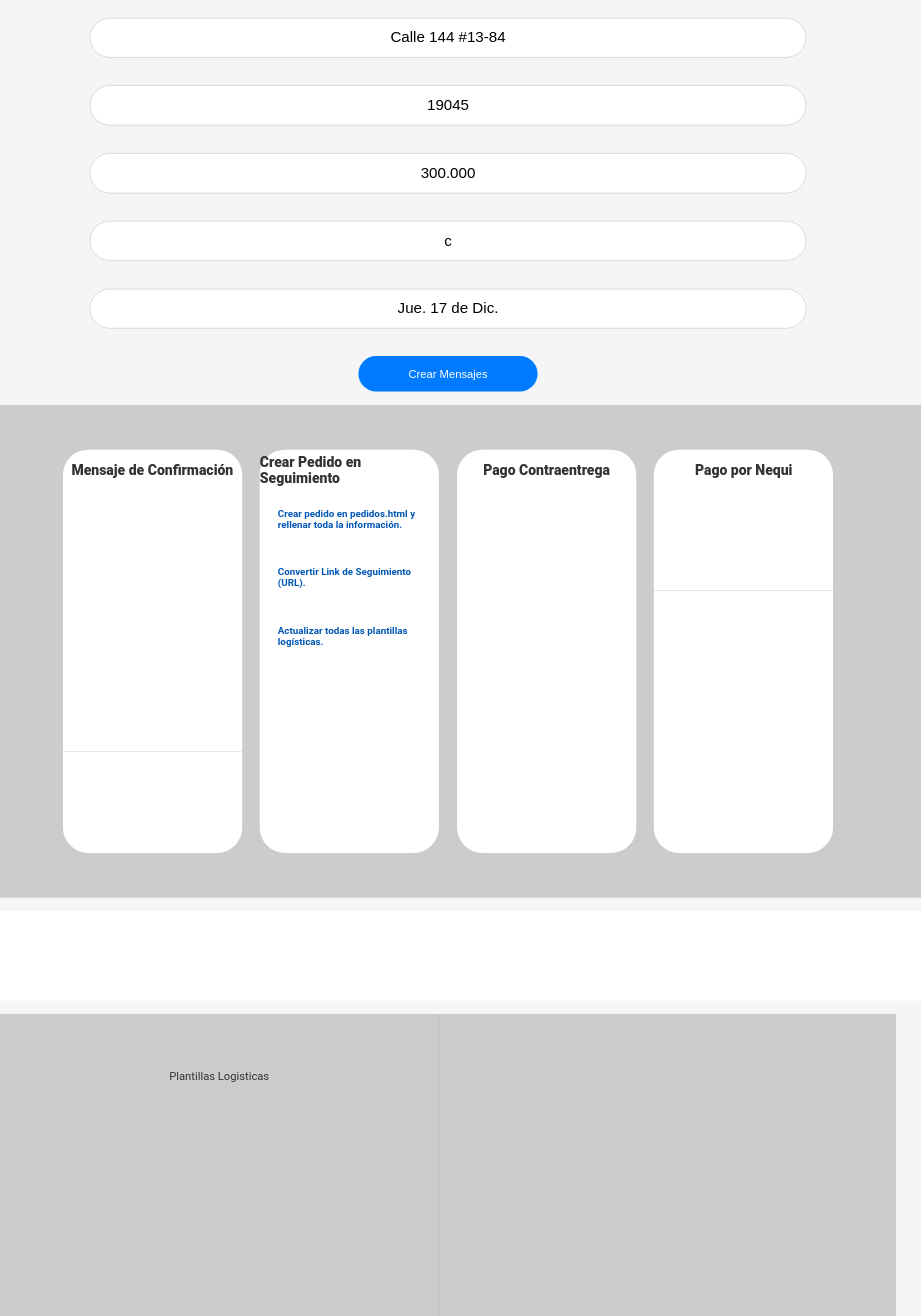
Repository: aCoupon0/intranet
Page: 1/venta-1.html
The author's editor kept a copy of each file at every save. The page is drawn from the files as they stood at one save, then again after the next save.
The browser window is 1280 px wide. The page is 1316 px wide, so the pictures cover 1316 px, including what lies to the right of the window. The pictures show the part of the page from y = 789 to 2669 px (the page is 2669 px tall), at 70% of full size.

Above is the page before, as saved 2024-12-09 15:51:10.

### 1/venta-1.html
<!DOCTYPE html>
<html lang="es">

<head>
    <meta charset="UTF-8">
    <meta name="viewport" content="width=device-width, initial-scale=1.0">
    <title>Intranet DermaBox</title>
    <link rel="stylesheet" href="../css/venta.css">
</head>

<body>
    <h1>Formulario de Pedido</h1>

    <!-- Inputs para los productos -->
    <input type="text" id="input-limpiador" class="input-texto" placeholder="Limpiador" value="Limpiador Hidratante de CeraVe">
    <input type="text" id="input-hidratante" class="input-texto" placeholder="Hidratante" value="Tónico Centella Asiatica">
    <input type="text" id="input-bloqueador" class="input-texto" placeholder="Bloqueador" value="ISDIN Fusion Water Magic SPF 50">
    <input type="text" id="input-potenciador" class="input-texto" placeholder="Potenciador" value="Sérum Hialurónico 2% + B5 The Ordinary">

    <!-- Inputs para los datos del cliente -->
    <input type="text" id="input-nombre" class="input-texto" placeholder="Nombre" value="Gabriel Paris">
    <input type="text" id="input-celular" class="input-texto" placeholder="Celular" value="3104738570">
    <input type="text" id="input-ciudad" class="input-texto" placeholder="Ciudad" value="Bogota">
    <input type="text" id="input-direccion" class="input-texto" placeholder="Dirección" value="Calle 144 #13-84">

    <!-- Inputs para código, cobro y método -->
    <input type="text" id="input-codigo" class="input-texto" placeholder="Código" value="19045">
    <input type="text" id="input-cobro" class="input-texto" placeholder="Cobro" value="300.000">
    <input type="text" id="input-metodo" class="input-texto" placeholder="Método de Pago" value="c">
    <input type="text" id="input-fecha" class="input-texto" placeholder="Fecha de Llegada" value="Jue. 17 de Dic.">

    <!-- Botón para enviar -->
    <button id="boton-enviar" class="boton-enviar">Crear Mensajes</button>

    <div class="primera-fase">
        <div class="section-dual">
            <div class="section-dual-title">Mensaje de Confirmación</div>
            <div class="section-dual-1"></div>
            <div class="section-dual-2"></div>
        </div>
        <div class="section-dual">
            <div class="section-dual-title">Crear Pedido en Seguimiento</div>
            <div class="section-dual-instruction">Crear pedido en pedidos.html y rellenar toda la información.</div>
            <div class="section-dual-instruction">Convertir Link de Seguimiento (URL).</div>
            <div class="section-dual-instruction">Actualizar todas las plantillas logísticas.</div>
        </div>
        <div class="section-dual">
            <div class="section-dual-title">Pago Contraentrega</div>
            <div class="section-dual-3"></div>
        </div>
        <div class="section-dual">
            <div class="section-dual-title">Pago por Nequi</div>
            <div class="section-dual-4"></div>
            <div class="section-dual-5"></div>
        </div>

    </div>

    <div class="segunda-fase">

    </div>

    <div class="tercera-fase">
        <div class="tercera-fase-1">
            <p class="tercera-title">Plantillas Logisticas</p>
        </div>
        <div class="tercera-fase-2"></div>
    </div>

    <script src="../js/ventas-shared.js"></script>
</body>

</html>

### css/venta.css
body {
    font-family: 'Roboto', system-ui, -apple-system, BlinkMacSystemFont, 'Segoe UI', sans-serif;
    margin: 0;
    padding: 0;
    display: flex;
    justify-content: center;
    align-items: center;
    height: auto;
    flex-direction: column;
    background-color: #f5f5f5;
    color: #333;
    gap: 1.5vw;
    padding-top: 5vh;
}

input {
    width: 80vw; /* Ocupa el 80% del ancho del contenedor */
    height: 8vh; /* Altura dinámica según el viewport */
    padding: 10px;
    font-size: 3vh;
    border: 1px solid #ccc;
    border-radius: 5vw;
    margin-bottom: 20px; /* Separación del botón */
    box-sizing: border-box;
    text-align: center;
}

.boton-enviar {
    width: 20%; /* Mismo ancho que el input */
    padding: 10px;
    height: 7vh; /* Misma altura que el input */
    font-size: 1rem;
    background-color: #007BFF;
    color: white;
    border: none;
    border-radius: 5vw;
    cursor: pointer;
    transition: background-color 0.3s;
    text-align: center;
}

.boton-enviar:hover {
    background-color: #0056b3;
}


.primera-fase {
    width: 100%;
    height: auto;
    padding: 5% 5vh 5% 5vh;
    display: flex;
    justify-content: center;
    align-content: center;
    background-color: #ccc;
    flex-direction: row;
    gap: 2%;
}

.section-dual {
    width: 20%;
    height: 80vh;
    border-radius: 5vh;
    display: flex;
    flex-direction: column;
    background-color: #ffffff;
    justify-content: flex-start;
    align-items: center;
}

.section-dual-title {
    width: 100%;
    height: 10%;
    display: flex;
    justify-content: center;
    align-items: center;
    font-size: 20px;
    font-weight: 800;
}

.section-dual-instruction {
    width: 100%;
    height: auto;
    display: flex;
    justify-content: flex-start;
    align-items: center;
    font-size: 14px;
    font-weight: 600;
    padding: 10%;
    box-sizing: border-box;
    color: #0056b3;
}

.section-dual-1 {
    width: 100%;
    height: 65%;
    border-bottom: 1px solid rgba(128, 128, 128, 0.339);
    display: flex;
    justify-content: flex-start;
    align-items: center;
    text-align: left;
    box-sizing: border-box;
    font-size: 13px;
    font-weight: 400;
    padding: 5%;
}


.section-dual-2 {
    width: 100%;
    height: 25%;
    display: flex;
    justify-content: flex-start;
    align-items: center;
    text-align: left;
    box-sizing: border-box;
    font-size: 13px;
    font-weight: 400;
    padding: 5%;
}

.section-dual-3 {
    width: 100%;
    height: 75%;
    display: flex;
    justify-content: flex-start;
    align-items: center;
    text-align: left;
    flex-direction: column;
    box-sizing: border-box;
    font-size: 13px;
    font-weight: 400;
    padding: 5%;
}

.section-dual-4 {
    width: 100%;
    height: 25%;
    border-bottom: 1px solid rgba(128, 128, 128, 0.339);
    display: flex;
    justify-content: flex-start;
    align-items: center;
    text-align: left;
    box-sizing: border-box;
    font-size: 13px;
    font-weight: 400;
    padding: 5%;
}


.section-dual-5 {
    width: 100%;
    height: 65%;
    display: flex;
    justify-content: flex-start;
    align-items: center;
    text-align: left;
    box-sizing: border-box;
    font-size: 13px;
    font-weight: 400;
    padding: 5%;
    flex-direction: column;
}


.segunda-fase {
    width: 100%;
    height: auto;
    padding: 5% 5vh 5% 5vh;
    display: flex;
    justify-content: center;
    align-content: center;
    background-color: #ffffff;
    flex-direction: column;
}

.producto-item {
    display: flex;
    align-items: center;
    justify-content: center;
    width: 100%;
    height: auto;
    padding: 3% 10% 3% 10%;
    box-sizing: border-box;
}

.producto-checkbox {
    width: 50px; /* Tamaño de la checkbox */
    height: 50px; /* Tamaño de la checkbox */
    cursor: pointer; /* Cambia el cursor para indicar interactividad */
    display: flex;
    justify-content: center;
    align-items: center;
}

.producto-checkbox input[type="checkbox"] {
    width: 25px; /* Ancho del área del checkbox */
    height: 25px; /* Alto del área del checkbox */
    cursor: pointer; /* Cambia el cursor para indicar interactividad */
    accent-color: #007BFF; /* Cambia el color del checkbox (en navegadores compatibles) */
    margin-right: 10px; /* Espacio entre el checkbox y el texto */
}

.producto-item span {
    font-size: 18px; /* Tamaño del texto */
    line-height: 1.5; /* Espaciado para mejor lectura */
    font-weight: 800; /* Peso de la fuente para hacerla más visible */
    color: #333; /* Color del texto */
    font-size: 30px;
}




.tercera-fase {
    width: 100%;
    height: auto;
    display: flex;
    justify-content: center;
    align-content: center;
    flex-direction: row;
    background-color: #ccc;
    flex-direction: row;
    gap: 2%;
}


.tercera-fase-1 {
    width: 50%;
    height: 60vh;
    border-right: 1px solid rgb(184, 184, 184);
    display: flex;
    justify-content: flex-start;
    align-items: center;
    flex-direction: column;
    padding: 5% 10% 5% 10%;
    box-sizing: border-box;
    text-align: left;
}

.tercera-fase-2 {
    width: 50%;
    height: 60vh;
    display: flex;
    justify-content: flex-start;
    align-items: center;
    flex-direction: column;
    padding: 5% 10% 5% 10%;
    box-sizing: border-box;
    text-align: left;
}

### js/ventas-shared.js
document.getElementById("boton-enviar").addEventListener("click", () => {
    const nombre = document.getElementById("input-nombre").value.trim();
    const codigo = document.getElementById("input-codigo").value.trim();
    const limpiador = document.getElementById("input-limpiador").value.trim();
    const hidratante = document.getElementById("input-hidratante").value.trim();
    const bloqueador = document.getElementById("input-bloqueador").value.trim();
    const potenciador = document.getElementById("input-potenciador").value.trim();
    const ciudad = document.getElementById("input-ciudad").value.trim();
    const direccion = document.getElementById("input-direccion").value.trim();
    const cobro = document.getElementById("input-cobro").value.trim();

    // Construir el mensaje con saltos de línea en HTML
    let mensaje = `Hola *${nombre}*.<br><br>Gracias por tu compra en DermaBox. Tu pedido *#${codigo}* ha sido confirmado y está en preparación.<br><br>Por favor confirma los siguientes datos:<br><br>*Pedido*<br>`;

    if (limpiador) mensaje += ` - *${limpiador}*<br>`;
    if (hidratante) mensaje += ` - *${hidratante}*<br>`;
    if (bloqueador) mensaje += ` - *${bloqueador}*<br>`;
    if (potenciador) mensaje += ` - *${potenciador}*<br>`;
    if (cobro) mensaje += ` - *${cobro}*<br>`;

    mensaje += `<br>*Información del Cliente*<br>`;
    if (nombre) mensaje += ` - *${nombre}*<br>`;
    if (ciudad) mensaje += ` - *${ciudad}*<br>`;
    if (direccion) mensaje += ` - *${direccion}*<br>`;


    // Mostrar el mensaje en el div correspondiente
    const sectionDual1 = document.querySelector(".section-dual-1");
    sectionDual1.innerHTML = mensaje; // Asignar el HTML con saltos de línea


    // Construir el mensaje para section-dual-2
    const mensaje2 = `Para hacer el envío necesitamos los siguientes datos:<br><br> - Número de cédula<br> - Detalles de dirección (Casa, Conjunto, Edificio...)<br>`;

    // Mostrar el mensaje en section-dual-2
    const sectionDual2 = document.querySelector(".section-dual-2");
    sectionDual2.innerHTML = mensaje2;



    const metodoPago = document.querySelector("#input-metodo").value;
    const fechaLlegada = document.querySelector("#input-fecha").value; // Asegúrate de que esta variable obtenga el input correcto para la fecha.
    const linkSeguimiento = "https://tu-link-de-seguimiento.com"; // Proporciona aquí el link de seguimiento.

    if (metodoPago === "n") {
        // Rellenar section-dual-4
        const sectionDual4 = document.querySelector(".section-dual-4");
        sectionDual4.innerHTML = `
            Perfecto!<br>
            Indicaste que preferías el pago por Nequi, aquí tienes los datos para realizar el envío:
        `;

        // Rellenar section-dual-5
        const sectionDual5 = document.querySelector(".section-dual-5");
        sectionDual5.innerHTML = `
            Super!<br>
            Tu DermaBox está en camino y llegará aproximadamente el *${fechaLlegada}*. Aquí está el
            <a href="${linkSeguimiento}" target="_blank">*Link de Seguimiento*</a>.<br>
            Aquí puedes revisar nuevamente cómo aplicar tu rutina, acceder al *Qué Hacer Hoy* y muchas más cosas.<br>
            Dicho esto, muchas gracias por confiar en nosotros. Estaremos atentos a cualquier pregunta que puedas tener.<br>
            Y no te olvides de seguir las precauciones recomendadas.<br>
            ¡Hasta Pronto!
        `;
    } else if (metodoPago === "c") {
        // Rellenar section-dual-5
        const sectionDual3 = document.querySelector(".section-dual-3");
        sectionDual3.innerHTML = `
            Super!<br>
            Tu DermaBox está en camino y llegará aproximadamente el *${fechaLlegada}*.<br>
            Recuerda tener el dinero preparado o dejarlo en casa si no estarás presente al momento de la entrega.<br>
            Aquí está el <a href="${linkSeguimiento}" target="_blank">Link de Seguimiento</a>, aquí puedes revisar nuevamente la rutina, acceder al *Qué Hacer Hoy* y muchas más cosas.<br>
            Dicho esto, muchas gracias por confiar en nosotros. Estaremos atentos a cualquier pregunta que puedas tener.<br>
            ¡Hasta Pronto!
        `;
    }





    const segundaFase = document.querySelector(".segunda-fase");
    segundaFase.innerHTML = ""; // Limpia el contenido existente antes de agregar la lista.

    // Inputs de los productos
    const productos = [
        { id: "input-limpiador", nombre: "Limpiador" },
        { id: "input-hidratante", nombre: "Hidratante" },
        { id: "input-bloqueador", nombre: "Bloqueador" },
        { id: "input-potenciador", nombre: "Potenciador" },
    ];

    // Crear una lista dinámica
    productos.forEach(producto => {
        const valor = document.querySelector(`#${producto.id}`).value.trim();

        if (valor) {
            // Crear un contenedor para cada item
            const itemContainer = document.createElement("div");
            itemContainer.className = "producto-item";
            itemContainer.style.display = "flex";
            itemContainer.style.alignItems = "center";
            itemContainer.style.marginBottom = "8px";

            // Crear la checkbox
            const checkbox = document.createElement("input");
            checkbox.type = "checkbox";
            checkbox.className = "producto-checkbox";
            checkbox.style.marginRight = "10px";

            // Crear el texto del producto
            const texto = document.createElement("span");
            texto.textContent = valor;

            // Agregar checkbox y texto al contenedor
            itemContainer.appendChild(checkbox);
            itemContainer.appendChild(texto);

            // Agregar el contenedor a la segunda-fase
            segundaFase.appendChild(itemContainer);
        }
    });
});

After the next save:
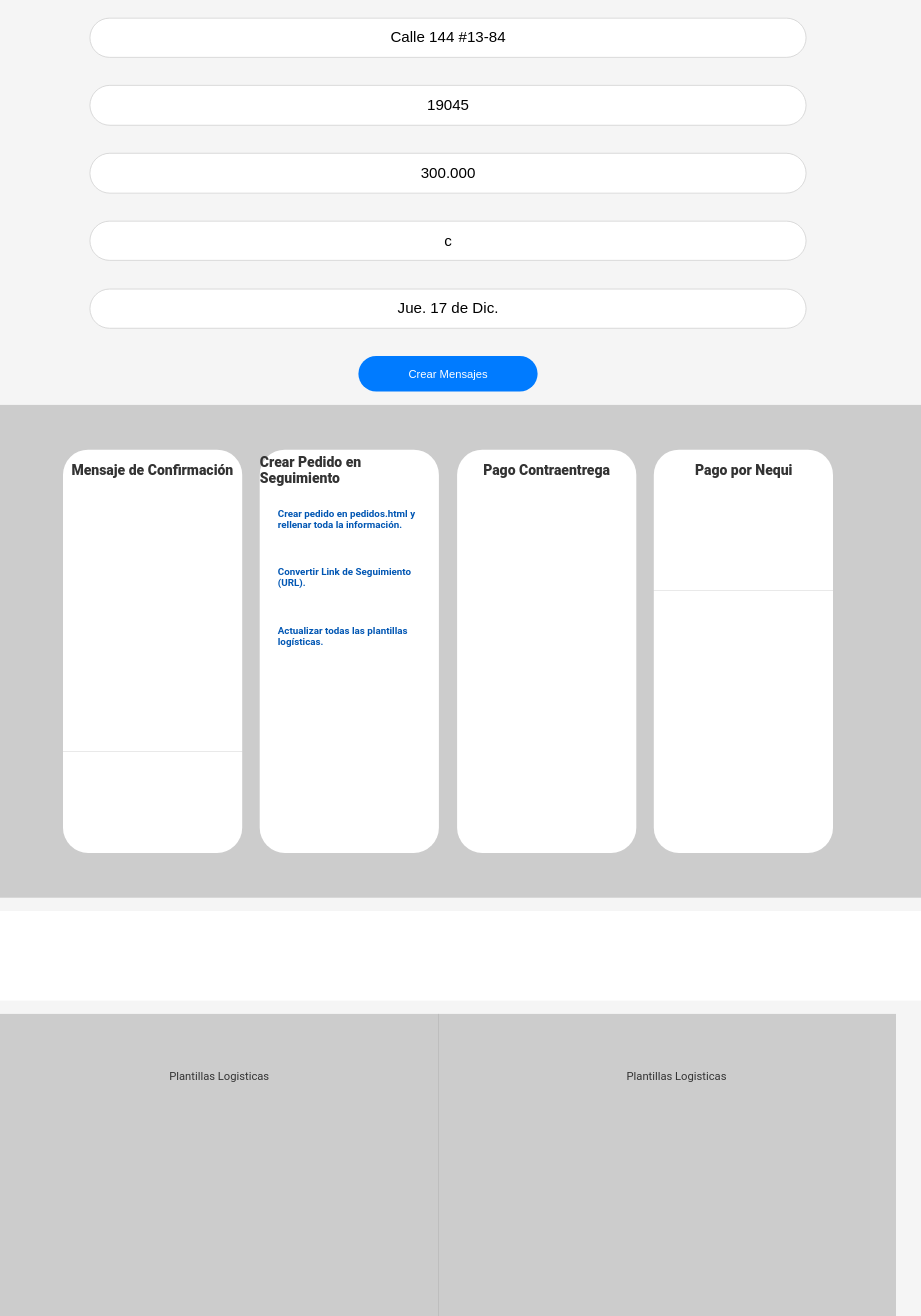
Saved 34 s later.
--- a/1/venta-1.html
+++ b/1/venta-1.html
@@ -64,7 +64,9 @@
         <div class="tercera-fase-1">
             <p class="tercera-title">Plantillas Logisticas</p>
         </div>
-        <div class="tercera-fase-2"></div>
+        <div class="tercera-fase-2">
+            <p class="tercera-title">Plantillas Logisticas</p>
+        </div>
     </div>
 
     <script src="../js/ventas-shared.js"></script>
